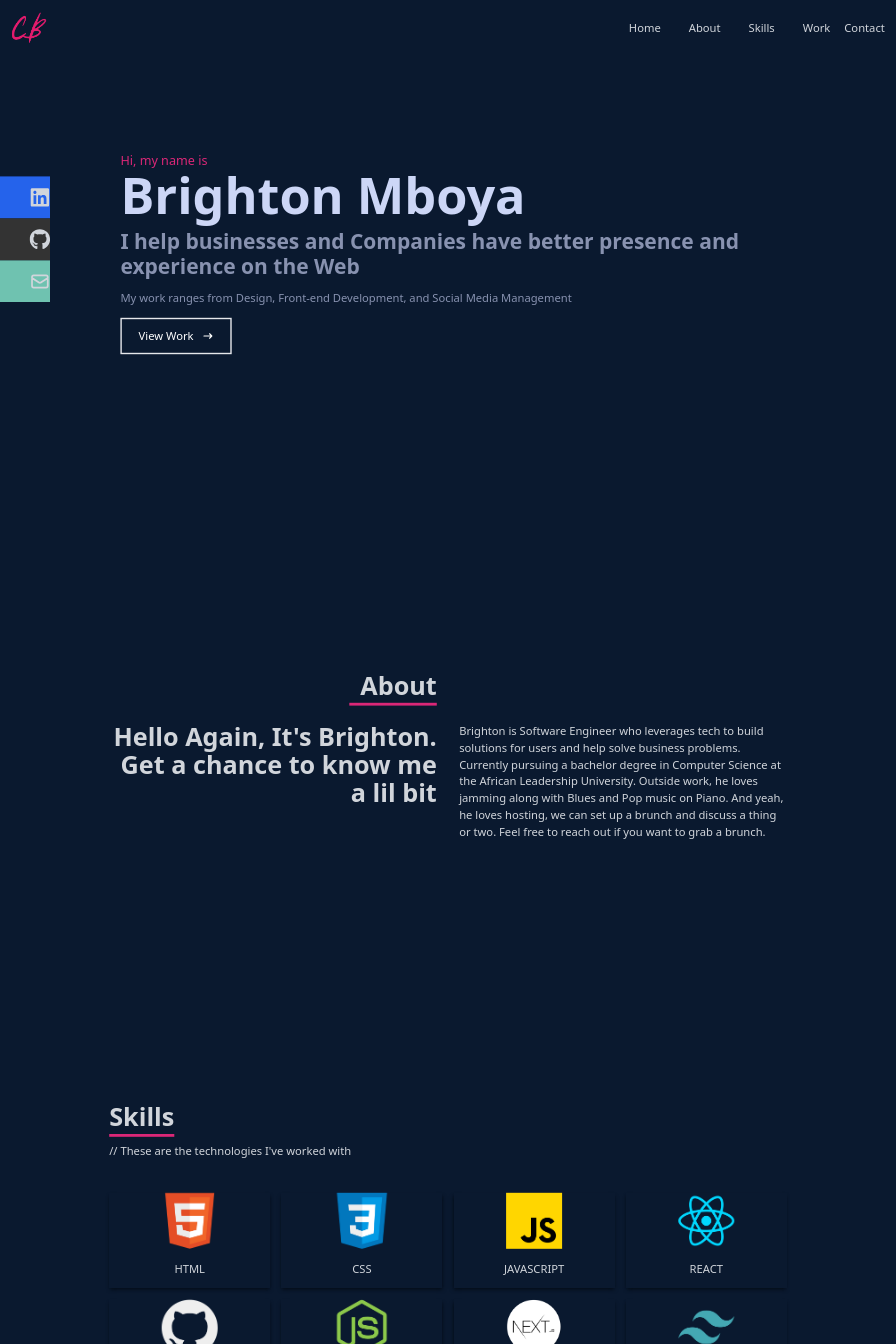
Repository: BrightonMboya/portfolio
Page: /
The author's editor kept a copy of each file at every save. The page is drawn from the files as they stood at one save, then again after the next save.
The browser window is 1280 px wide. The pictures show the part of the page from y = 0 to 1920 px (the page is 3600 px tall), at 70% of full size.
The project was rebuilt for these pictures with package versions that can differ from the ones it lists, and the page was loaded fresh each time.

Above is the page before, as saved 2022-06-19 11:00:22.

### src/App.js
import React from 'react'
import Navbar from './Components/NavBar';
import Home from './Components/Home';
import About from './Components/About';
import Skills from './Components/Skills';
import Work from './Components/Work';
import Contact from './Components/Contact';
function App() {
  return (
  <React.Fragment>
    <Navbar/>
    <Home/>
    <About/>
    <Skills/>
    <Work/>
    <Contact/>
  </React.Fragment>
  );
}

export default App;

### src/Components/NavBar.jsx
import React, { useState } from 'react';
import {
  FaBars,
  FaTimes,
  FaGithub,
  FaLinkedin,
} from 'react-icons/fa';
import { HiOutlineMail } from 'react-icons/hi';
import { BsFillPersonLinesFill } from 'react-icons/bs';
import Logo from '../assets/logo.png';
import { Link } from 'react-scroll';

const Navbar = () => {
  const [nav, setNav] = useState(false);
  const handleClick = () => setNav(!nav);

  return (
    <div className='fixed w-full h-[80px] flex justify-between items-center px-4 bg-[#0a192f] text-gray-300'>
      <div>
        <img src={Logo} alt='Logo' style={{ width: '50px' }} />
      </div>

      {/* menu */}
      <ul className='hidden md:flex'>
        <li className='px-5'>
          <Link to='home' smooth={true} duration={500}>
            Home
          </Link>
        </li>
        <li className='px-5'>
          <Link to='about' smooth={true} duration={500}>
            About
          </Link>
        </li>
        <li className='px-5'>
          <Link to='skills' smooth={true} duration={500}>
            Skills
          </Link>
        </li>
        <li className='px-5'>
          <Link to='work' smooth={true} duration={500}>
            Work
          </Link>
        </li>
        <li>
          <Link to='contact' smooth={true} duration={500}>
            Contact
          </Link>
        </li>
      </ul>

      {/* Hamburger */}
      <div onClick={handleClick} className='md:hidden z-10'>
        {!nav ? <FaBars /> : <FaTimes />}
      </div>

      {/* Mobile menu */}
      <ul
        className={
          !nav
            ? 'hidden'
            : 'absolute top-0 left-0 w-full h-screen bg-[#0a192f] flex flex-col justify-center items-center'
        }
      >
        <li className='py-6 text-4xl'>
          <Link onClick={handleClick} to='home' smooth={true} duration={500}>
            Home
          </Link>
        </li>
        <li className='py-6 text-4xl'>
          {' '}
          <Link onClick={handleClick} to='about' smooth={true} duration={500}>
            About
          </Link>
        </li>
        <li className='py-6 text-4xl'>
          {' '}
          <Link onClick={handleClick} to='skills' smooth={true} duration={500}>
            Skills
          </Link>
        </li>
        <li className='py-6 text-4xl'>
          {' '}
          <Link onClick={handleClick} to='work' smooth={true} duration={500}>
            Work
          </Link>
        </li>
        <li className='py-6 text-4xl'>
          {' '}
          <Link onClick={handleClick} to='contact' smooth={true} duration={500}>
            Contact
          </Link>
        </li>
      </ul>

      {/* Social icons */}
      <div className='hidden lg:flex fixed flex-col top-[35%] left-0 ml-3'>
        <ul>
          <li className='w-[160px] h-[60px] flex justify-between items-center ml-[-100px] hover:ml-[-10px] duration-300 bg-blue-600'>
            <a
              className='flex justify-between items-center w-full text-gray-300'
              href='https://www.linkedin.com/in/brighton-mboya-52b455158/'
            >
              Linkedin <FaLinkedin size={30} />
            </a>
          </li>
          <li className='w-[160px] h-[60px] flex justify-between items-center ml-[-100px] hover:ml-[-10px] duration-300 bg-[#333333]'>
            <a
              className='flex justify-between items-center w-full text-gray-300'
              href='https://github.com/BrightonMboya' target='_blank'
            >
              Github <FaGithub size={30} />
            </a>
          </li>
          <li className='w-[160px] h-[60px] flex justify-between items-center ml-[-100px] hover:ml-[-10px] duration-300 bg-[#6fc2b0]'>
            <a
              className='flex justify-between items-center w-full text-gray-300'
              href='b.mboya@alustudent.com' target='_blank'
            >
              Email <HiOutlineMail size={30} />
            </a>
          </li>

        </ul>
      </div>
    </div>
  );
};

export default Navbar;

### src/Components/Home.jsx
import React from "react";
import { HiArrowNarrowRight } from "react-icons/hi";

const Home = () => {
  return (
    <div name="home" className="w-full h-screen bg-[#0a192f]">
      <div className="max-w-[1000px] mx-auto px-8 justify-center h-full flex flex-col">
        <p className="text-pink-600 text-lg">Hi, my name is</p>
        <h1 className="text-[#ccd6f6] text-4xl font-bold sm:text-7xl">
          Brighton Mboya
        </h1>
        <h1 className="text-xl font-bold mt-3 text-[#8892b0] md:text-3xl">
          I help businesses and Companies have better presence and experience on
          the Web
        </h1>
        <p className="text-[#8892b0] py-4 max-w-[700px] ">
          My work ranges from Design, Front-end Development, and Social Media
          Management
        </p>
        <div>
          <button className="text-white group border-2 px-6 py-3 flex items-center hover:bg-pink-600 hover:border-pink-600">
            View Work
            <span className="group-hover:rotate-90 duration-300">
              <HiArrowNarrowRight className="ml-3" />
            </span>
          </button>
        </div>
      </div>
    </div>
  );
};

export default Home;

### src/Components/About.jsx
import React from "react";

const About = () => {
  return (
    <div name="about" className="w-full h-screen bg-[#0a192f] text-gray-300">
      <div className="flex flex-col justify-center items-center w-full h-screen">
        <div className="max-w-[1000px] w-full grid grid-cols-2 gap-8">
          <div className="sm:text-right pb-8 pl-4">
            <p className="text-4xl font-bold inline border-b-4 pl-4 border-pink-600">
              About
            </p>
          </div>
        </div>

        <div className="max-w-[1000px] w-full grid sm:grid-cols-2 gap-8 px-4">
          <div className="sm:text-right text-4xl font-bold">
            <p>Hello Again, It's Brighton. Get a chance to know me a lil bit</p>
          </div>
          <div>
            <p>
              Brighton is Software Engineer who leverages tech to build
              solutions for users and help solve business problems. Currently
              pursuing a bachelor degree in Computer Science at the African
              Leadership University. Outside work, he loves jamming along with
              Blues and Pop music on Piano. And yeah, he loves hosting, we can set up a brunch
              and discuss a thing or two. Feel free to reach out if you want to
              grab a brunch.
            </p>
          </div>
        </div>
      </div>
    </div>
  );
};

export default About;

### src/Components/Skills.jsx
import React from "react";
import HTML from "../assets/html.png";
import CSS from "../assets/css.png";
import JavaScript from "../assets/javascript.png";
import ReactImg from "../assets/react.png";
import Node from "../assets/node.png";
import AWS from "../assets/aws.png";
import GitHub from "../assets/github.png";
import next from "../assets/next.png";
import Tailwind from "../assets/tailwind.png";

const Skills = () => {
  return (
    <div
      className="w-full h-screen bg-[#0a192f] text-gray-300"
      name="skills"
      id="skills"
    >
      <div className="max-w-[1000px] mx-auto p-4 flex flex-col justify-center w-full h-full">
        <div>
          <p className="text-4xl font-bold inline border-b-4 border-pink-600 ">
            Skills
          </p>
          <p className="py-4">// These are the technologies I've worked with</p>
        </div>

        <div className="w-full grid grid-cols-2 sm:grid-cols-4 gap-4 text-center py-8">
          <div className="shadow-md shadow-[#040c16] hover:scale-110 duration-500">
            <img className="w-20 mx-auto" src={HTML} alt="HTML icon" />
            <p className="my-4">HTML</p>
          </div>
          <div className="shadow-md shadow-[#040c16] hover:scale-110 duration-500">
            <img className="w-20 mx-auto" src={CSS} alt="HTML icon" />
            <p className="my-4">CSS</p>
          </div>
          <div className="shadow-md shadow-[#040c16] hover:scale-110 duration-500">
            <img className="w-20 mx-auto" src={JavaScript} alt="HTML icon" />
            <p className="my-4">JAVASCRIPT</p>
          </div>
          <div className="shadow-md shadow-[#040c16] hover:scale-110 duration-500">
            <img className="w-20 mx-auto" src={ReactImg} alt="HTML icon" />
            <p className="my-4">REACT</p>
          </div>
          <div className="shadow-md shadow-[#040c16] hover:scale-110 duration-500">
            <img className="w-20 mx-auto" src={GitHub} alt="HTML icon" />
            <p className="my-4">GITHUB</p>
          </div>
          <div className="shadow-md shadow-[#040c16] hover:scale-110 duration-500">
            <img className="w-20 mx-auto" src={Node} alt="HTML icon" />
            <p className="my-4">NODE JS</p>
          </div>
          <div className="shadow-md shadow-[#040c16] hover:scale-110 duration-500">
            <img className="w-20 mx-auto" src={next} alt="HTML icon" />
            <p className="my-4">NextJS</p>
          </div>
          <div className="shadow-md shadow-[#040c16] hover:scale-110 duration-500">
            <img className="w-20 mx-auto" src={Tailwind} alt="HTML icon" />
            <p className="my-4">TailwindCSS</p>
          </div>
        </div>
      </div>
    </div>
  );
};

export default Skills;

### src/Components/Work.jsx
import React from "react";
import shamba from "../assets/shamba.jpg";
import skope from "../assets/skope.jpg";
import pet from "../assets/pet.jpg";
import reddit from "../assets/reddit.jpg";
import portfolio from '../assets/portfolio.jpg'

const Work = () => {
  return (
    <div name="work" className="w-full md:h-screen text-gray-300 bg-[#0a192f]">
      <div className="max-w-[1000px] mx-auto p-4 flex flex-col justify-center w-full h-full">
        <div className="pb-8">
          <p className="text-4xl font-bold inline border-b-4 text-gray-300 border-pink-600">
            Work
          </p>
          <p className="py-6">// Check out some of my recent work</p>
        </div>

        {/* Container */}
        <div className="grid sm:grid-cols-2 md:grid-cols-3 gap-4">
          {/* Grid Item */}
          <div
            style={{
              backgroundImage: `url(${shamba})`,
              objectPosition: "cover",
            }}
            className="shadow-lg shadow-[#040c16] group container rounded-md flex justify-center items-center mx-auto content-div w-full h-full bg-no-repeat bg-cover"
          >
            {/* Hover Effects */}
            <div className="opacity-0 group-hover:opacity-100">
              <span className="text-lg ml-3 font-bold text-white tracking-wider">
                Helped Shambda Data have a better experience on the web. I build
                their website using Next, and TailwindCSS
              </span>
              <div className="pt-8 text-center">
                <a href="https://shamba-dataa.vercel.app/" target="_blank">
                  <button className="text-center rounded-lg px-4 py-3 m-2 bg-white text-gray-700 font-bold text-lg">
                    Demo
                  </button>
                </a>
              </div>
            </div>
          </div>
          <div
            style={{
              backgroundImage: `url(${skope})`,
              objectPosition: "cover",
            }}
            className="shadow-lg shadow-[#040c16] group container rounded-md flex justify-center items-center mx-auto content-div w-full h-full bg-no-repeat bg-cover"
          >
            {/* Hover Effects */}
            <div className="opacity-0 group-hover:opacity-100">
              <span className="text-lg font-bold text-white tracking-wider">
                  Build a landing page for a startup using React, and TailWindCSS
              </span>
              <div className="pt-8 text-center">
                <a href="skope.vercel.app" target='_blank'>
                  <button className="text-center rounded-lg px-4 py-3 m-2 bg-white text-gray-700 font-bold text-lg">
                    Demo
                  </button>
                </a>
                <a href="https://github.com/BrightonMboya/Skope" target='_blank'>
                  <button className="text-center rounded-lg px-4 py-3 m-2 bg-white text-gray-700 font-bold text-lg">
                    Code
                  </button>
                </a>
              </div>
            </div>
          </div>
          {/* Grid Item */}
          <div
            style={{ backgroundImage: `url(${pet})`, objectPosition: "cover" }}
            className="shadow-lg shadow-[#040c16] group container rounded-md flex justify-center items-center mx-auto content-div  w-full h-full bg-no-repeat bg-cover"
          >
            {/* Hover Effects */}
            <div className="opacity-0 group-hover:opacity-100">
              <span className="text-lg font-bold text-white tracking-wider">
                A landing page for a Pet Store using HTML, CSS and JS
              </span>
              <div className="pt-8 text-center">
                <a href="https://625d25be854d190d429096ec--merry-crepe-a1321f.netlify.app/" target="_blank">
                  <button className="text-center rounded-lg px-4 py-3 m-2 bg-white text-gray-700 font-bold text-lg">
                    Demo
                  </button>
                </a>
                <a href="https://www.figma.com/file/Oxeoui287KWCbcYWXQspCr/Pet-Store-Landing-Page?node-id=0%3A1">
                  <button className="text-center rounded-lg px-4 py-3 m-2 bg-white text-gray-700 font-bold text-lg">
                    Code
                  </button>
                </a>
              </div>
            </div>
          </div>
          <div
            style={{
              backgroundImage: `url(${reddit})`,
              objectPosition: "cover",
            }}
            className="shadow-lg shadow-[#040c16] group container rounded-md flex justify-center items-center mx-auto content-div w-full h-full bg-no-repeat bg-cover"
          >
            {/* Hover Effects */}
            <div className="opacity-0 group-hover:opacity-100">
              <span className="text-lg font-bold text-gray-100 tracking-wider">
                A Reddit Clone that allows users support CRUD on posts, comments and vots. Build with MERN
              </span>
              <div className="pt-8 text-center">
                <a href="https://reddit-backedn.herokuapp.com/" target='_blank'>
                  <button className="text-center rounded-lg px-4 py-3 m-2 bg-white text-gray-700 font-bold text-lg">
                    Demo
                  </button>
                </a>
                <a href="https://www.figma.com/file/Oxeoui287KWCbcYWXQspCr/Pet-Store-Landing-Page?node-id=0%3A1" target="_blank">
                  <button className="text-center rounded-lg px-4 py-3 m-2 bg-white text-gray-700 font-bold text-lg">
                    Code
                  </button>
                </a>
              </div>
            </div>
          </div>
          {/* Grid Item */}
          <div
            style={{ backgroundImage: `url(${portfolio})`, objectPosition: 'cover' }}
            className="shadow-lg shadow-[#040c16] group container rounded-md flex justify-center items-center mx-auto content-div  bg-no-repeat bg-cover md:h-[20vh]"
          >
            {/* Hover Effects */}
            <div className="opacity-0 group-hover:opacity-100">
              <span className="text-lg font-bold text-white tracking-wider">
                A portfolio Template for software engineers. Made with HTML, TailWindCSS, and JS.
              </span>
              <div className="pt-8 text-center">
                <a href="https://625ed8d3fd62bb26db0b6dde--merry-crepe-a1321f.netlify.app/">
                  <button className="text-center rounded-lg px-4 py-3 m-2 bg-white text-gray-700 font-bold text-lg">
                    Demo
                  </button>
                </a>
              </div>
            </div>
          </div>
        </div>
      </div>
    </div>
  );
};

export default Work;

### src/Components/Contact.jsx
import React from "react";

const Contact = () => {
  return (
    <div
      name="contact"
      className="w-full h-screen bg-[#0a192f] flex justify-center items-center p-4"
    >
      <form
        method="POST"
        action="https://getform.io/f/db1e5b4f-6944-401a-89fd-24939c93824b"
        className="flex flex-col max-w-[600px] w-full"
      >
        <div className="pb-8">
          <p className="text-4xl font-bold inline border-b-4 border-pink-600 text-gray-300">
            Contact
          </p>
          <p className="text-gray-300 py-4">
            // Submit the form below or shoot me an email -
            b.mboya@alustudent.com
          </p>
        </div>
        <input
          className="bg-[#ccd6f6] p-2"
          type="text"
          placeholder="Name"
          name="name"
        />
        <input
          className="my-4 p-2 bg-[#ccd6f6]"
          type="email"
          placeholder="Email"
          name="email"
        />
        <textarea
          className="bg-[#ccd6f6] p-2"
          name="message"
          rows="10"
          placeholder="Message"
        ></textarea>
        <button className="text-white border-2 hover:bg-pink-600 hover:border-pink-600 px-4 py-3 my-8 mx-auto flex items-center">
          Let's Collaborate
        </button>
      </form>
    </div>
  );
};

export default Contact;

Loaded but not shown: public/index.html (common file); src/index.js (common file); src/index.css (common file); tailwind.config.js (common file)

After the next save:
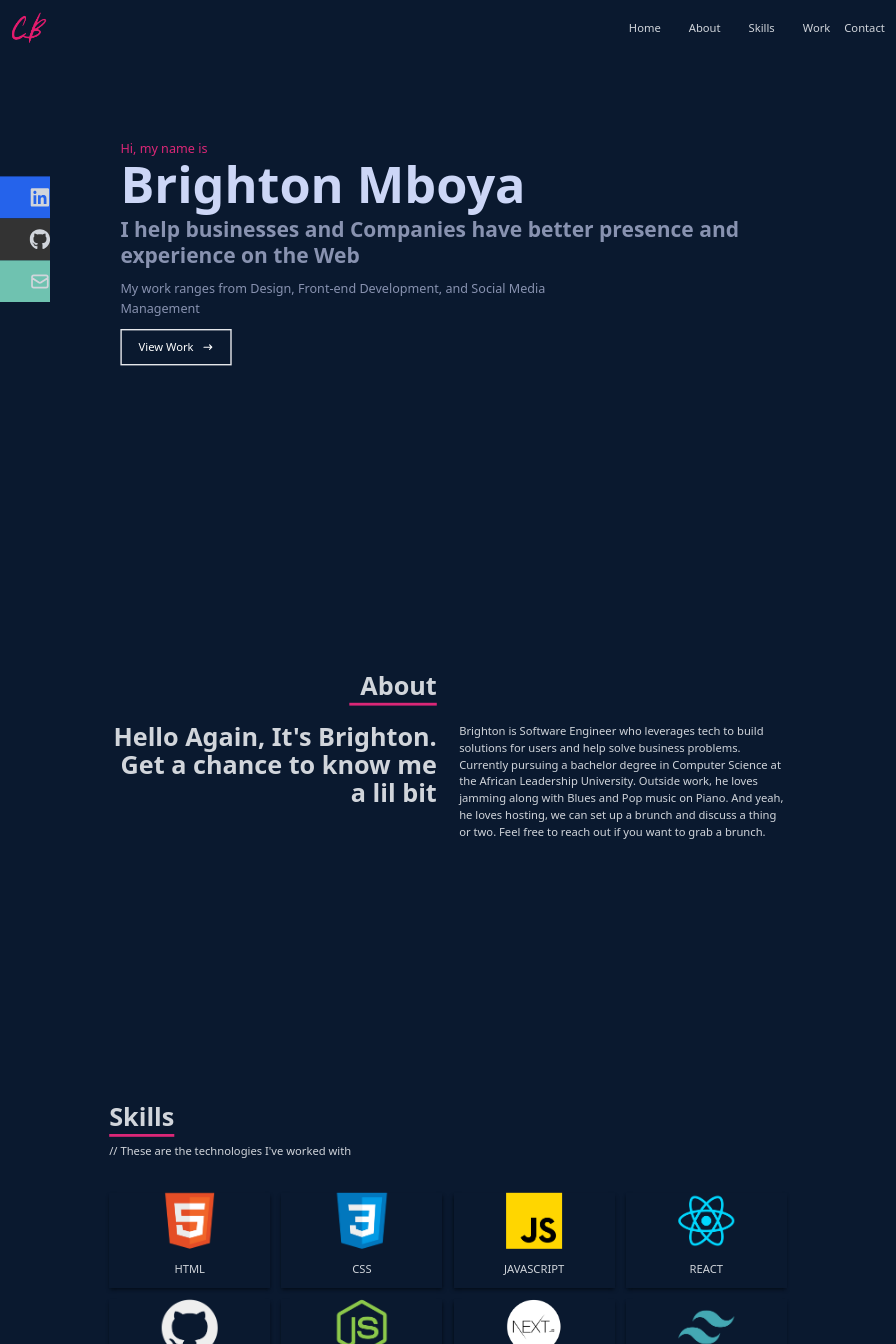
Saved 23 s later.
--- a/src/Components/Home.jsx
+++ b/src/Components/Home.jsx
@@ -13,7 +13,7 @@
           I help businesses and Companies have better presence and experience on
           the Web
         </h1>
-        <p className="text-[#8892b0] py-4 max-w-[700px] ">
+        <p className="text-[#8892b0] py-4 max-w-[700px] text-lg ">
           My work ranges from Design, Front-end Development, and Social Media
           Management
         </p>
